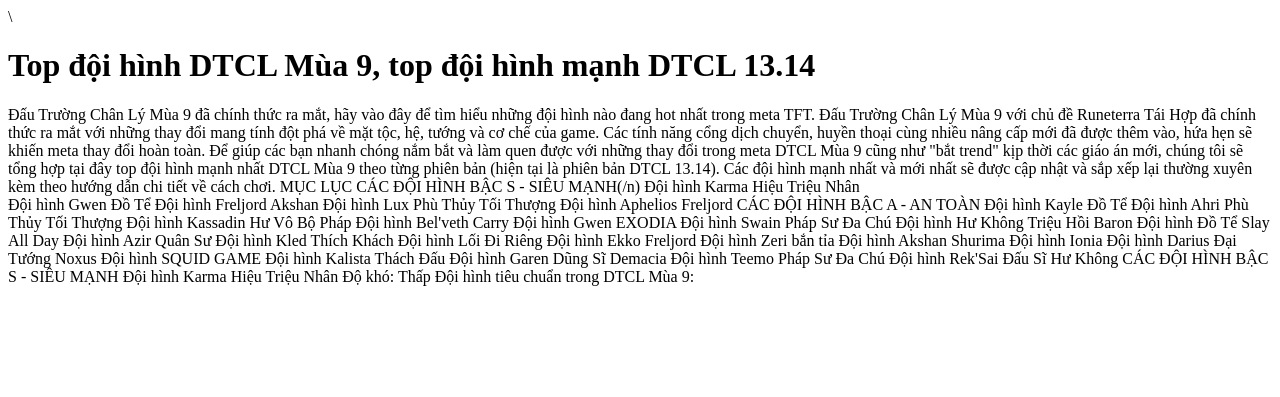
Repository: TUAN-DAT1/hoc-HTML
Page: tuandat17/index.html
The author's editor kept a copy of each file at every save. The page is drawn from the files as they stood at one save, then again after the next save.
The browser window is 1280 px wide. The pictures show the whole page.

Above is the page before, as saved 2023-07-20 07:55:38.

### tuandat17/index.html
<!DOCTYPE html> <!-- top cac doi hinh manh cua dtcl trong cac mua -->
    <html>
        <head>
            <!-- ten tim kiem -->
            <title>dtcl.vn</title> \
            <meta charset = "utf-8">
        </head>

        <body>
            <h1> Top đội hình DTCL Mùa 9, top đội hình mạnh DTCL 13.14</h1>
            <p>



                Đấu Trường Chân Lý Mùa 9 đã chính thức ra mắt, hãy vào đây để tìm hiểu những đội hình nào đang hot nhất trong meta TFT.

                Đấu Trường Chân Lý Mùa 9 với chủ đề Runeterra Tái Hợp đã chính thức ra mắt với những thay đổi mang tính đột phá về mặt tộc, hệ, tướng và cơ chế của game. Các tính năng cổng dịch chuyển, huyền thoại cùng nhiều nâng cấp mới đã được thêm vào, hứa hẹn sẽ khiến meta thay đổi hoàn toàn.

                Để giúp các bạn nhanh chóng nắm bắt và làm quen được với những thay đổi trong meta DTCL Mùa 9 cũng như "bắt trend" kịp thời các giáo án mới, chúng tôi sẽ tổng hợp tại đây top đội hình mạnh nhất DTCL Mùa 9 theo từng phiên bản (hiện tại là phiên bản DTCL 13.14). Các đội hình mạnh nhất và mới nhất sẽ được cập nhật và sắp xếp lại thường xuyên kèm theo hướng dẫn chi tiết về cách chơi.

                MỤC LỤC
                CÁC ĐỘI HÌNH BẬC S - SIÊU MẠNH(/n)

                Đội hình Karma Hiệu Triệu Nhân <br>
                Đội hình Gwen Đồ Tể
                Đội hình Freljord Akshan
                Đội hình Lux Phù Thủy Tối Thượng
                Đội hình Aphelios Freljord
                CÁC ĐỘI HÌNH BẬC A - AN TOÀN
                Đội hình Kayle Đồ Tể
                Đội hình Ahri Phù Thủy Tối Thượng
                Đội hình Kassadin Hư Vô Bộ Pháp
                Đội hình Bel'veth Carry
                Đội hình Gwen EXODIA
                Đội hình Swain Pháp Sư Đa Chú
                Đội hình Hư Không Triệu Hồi Baron
                Đội hình Đồ Tể Slay All Day
                Đội hình Azir Quân Sư
                Đội hình Kled Thích Khách
                Đội hình Lối Đi Riêng
                Đội hình Ekko Freljord
                Đội hình Zeri bắn tỉa
                Đội hình Akshan Shurima
                Đội hình Ionia
                Đội hình Darius Đại Tướng Noxus
                Đội hình SQUID GAME
                Đội hình Kalista Thách Đấu
                Đội hình Garen Dũng Sĩ Demacia
                Đội hình Teemo Pháp Sư Đa Chú
                Đội hình Rek'Sai Đấu Sĩ Hư Không
                CÁC ĐỘI HÌNH BẬC S - SIÊU MẠNH
                Đội hình Karma Hiệu Triệu Nhân
                Độ khó: Thấp

                Đội hình tiêu chuẩn trong DTCL Mùa 9:</p>
        </body>
    </html>

After the next save:
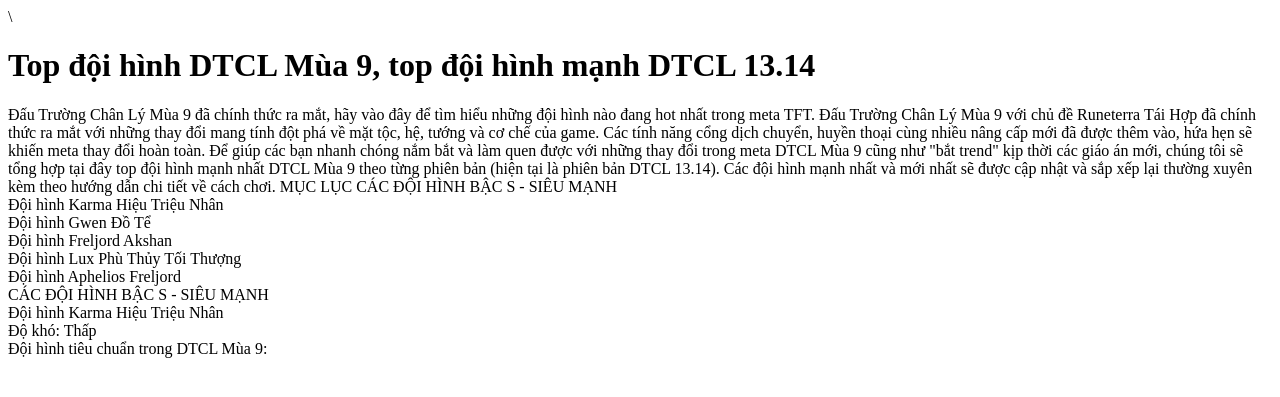
Saved 3 min 13 s later.
--- a/tuandat17/index.html
+++ b/tuandat17/index.html
@@ -19,39 +19,17 @@
                 Để giúp các bạn nhanh chóng nắm bắt và làm quen được với những thay đổi trong meta DTCL Mùa 9 cũng như "bắt trend" kịp thời các giáo án mới, chúng tôi sẽ tổng hợp tại đây top đội hình mạnh nhất DTCL Mùa 9 theo từng phiên bản (hiện tại là phiên bản DTCL 13.14). Các đội hình mạnh nhất và mới nhất sẽ được cập nhật và sắp xếp lại thường xuyên kèm theo hướng dẫn chi tiết về cách chơi.
 
                 MỤC LỤC
-                CÁC ĐỘI HÌNH BẬC S - SIÊU MẠNH(/n)
+                CÁC ĐỘI HÌNH BẬC S - SIÊU MẠNH<br>
+                Đội hình Karma Hiệu Triệu Nhân <br>
+                Đội hình Gwen Đồ Tể<br>
+                Đội hình Freljord Akshan<br>
+                Đội hình Lux Phù Thủy Tối Thượng<br>
+                Đội hình Aphelios Freljord<br>
+                CÁC ĐỘI HÌNH BẬC S - SIÊU MẠNH<br>
+                Đội hình Karma Hiệu Triệu Nhân<br>
+                Độ khó: Thấp<br>
 
-                Đội hình Karma Hiệu Triệu Nhân <br>
-                Đội hình Gwen Đồ Tể
-                Đội hình Freljord Akshan
-                Đội hình Lux Phù Thủy Tối Thượng
-                Đội hình Aphelios Freljord
-                CÁC ĐỘI HÌNH BẬC A - AN TOÀN
-                Đội hình Kayle Đồ Tể
-                Đội hình Ahri Phù Thủy Tối Thượng
-                Đội hình Kassadin Hư Vô Bộ Pháp
-                Đội hình Bel'veth Carry
-                Đội hình Gwen EXODIA
-                Đội hình Swain Pháp Sư Đa Chú
-                Đội hình Hư Không Triệu Hồi Baron
-                Đội hình Đồ Tể Slay All Day
-                Đội hình Azir Quân Sư
-                Đội hình Kled Thích Khách
-                Đội hình Lối Đi Riêng
-                Đội hình Ekko Freljord
-                Đội hình Zeri bắn tỉa
-                Đội hình Akshan Shurima
-                Đội hình Ionia
-                Đội hình Darius Đại Tướng Noxus
-                Đội hình SQUID GAME
-                Đội hình Kalista Thách Đấu
-                Đội hình Garen Dũng Sĩ Demacia
-                Đội hình Teemo Pháp Sư Đa Chú
-                Đội hình Rek'Sai Đấu Sĩ Hư Không
-                CÁC ĐỘI HÌNH BẬC S - SIÊU MẠNH
-                Đội hình Karma Hiệu Triệu Nhân
-                Độ khó: Thấp
-
-                Đội hình tiêu chuẩn trong DTCL Mùa 9:</p>
+                Đội hình tiêu chuẩn trong DTCL Mùa 9:<br>
+            <img https://cdn-img.thethao247.vn/origin_865x0/storage/files/haibui/2023/07/19/cach-choi-doi-hinh-karma-hieu-trieu-nhan-dtcl-mua-9-304833.png >
         </body>
     </html>
